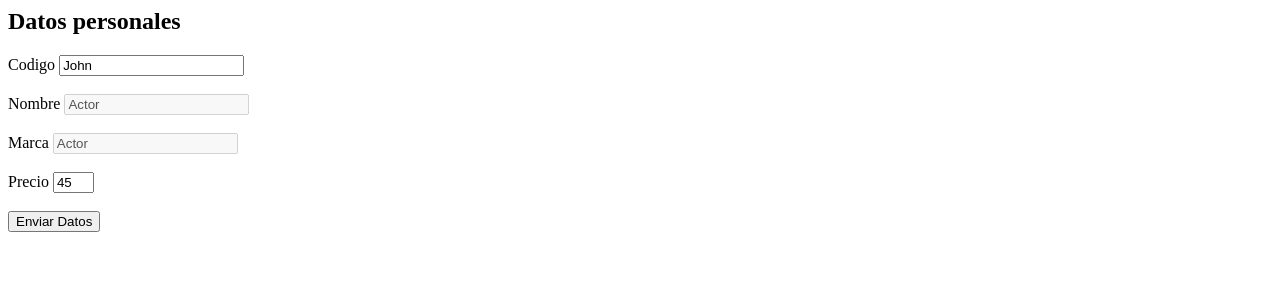
Repository: Alemartinez97/New-Repository
Page: programacion-3/tp3/formProducto.html
These files come from the project's save history. The page is drawn as it stood at one moment and after the next save; the edit follows.
The browser window is 1280 px wide. The pictures show the whole page.

Above is the page before, as saved 2020-06-04 17:58:23.

After the next save:
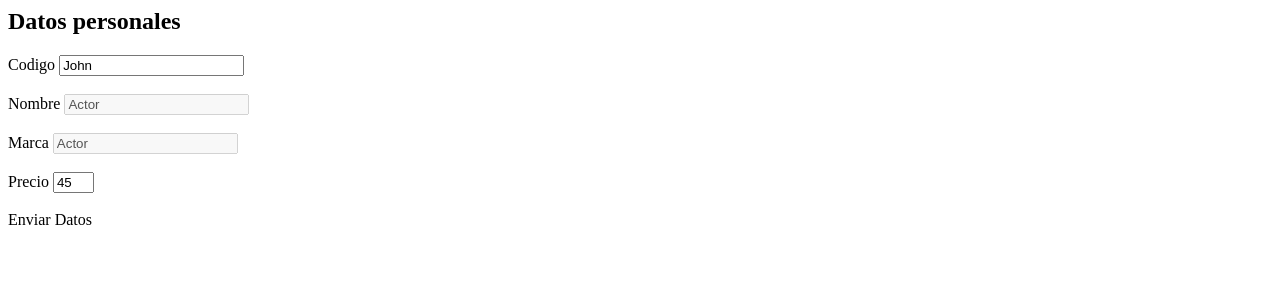
Saved 20 s later.
--- a/programacion-3/tp3/formProducto.html
+++ b/programacion-3/tp3/formProducto.html
@@ -24,8 +24,8 @@ Cobra sentido con el uso de CSS-->
 		<label for="">Precio</label>
         <input type="text" name="edad" id="edad" size="2" maxlength="2" value="45"><br>
 </br>
-        <button href="producto.html">Enviar Datos
-        </button>
+        <link href="producto.html">Enviar Datos
+</link>
 	</form>
 </div>
 </body>
